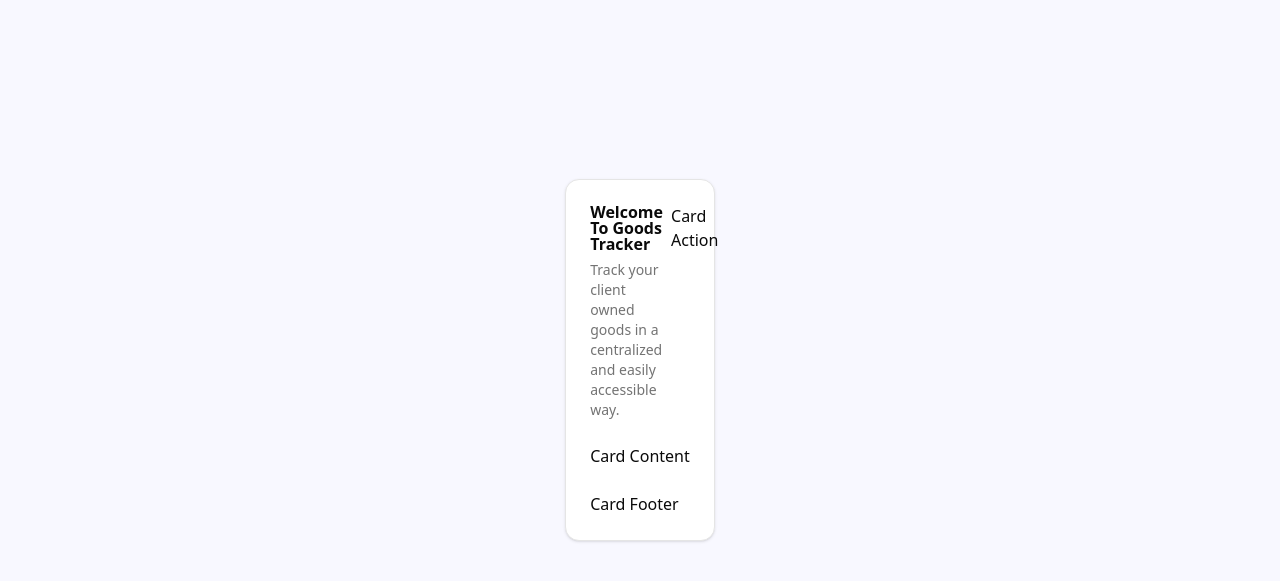
Repository: Renzo-Salosagcol/cog_tracker
Page: /
An editor plug-in stored every save of this project. The page is shown before and after a run of saves, followed by the edit.
The browser window is 1280 px wide. The pictures show the whole page.
The project was rebuilt for these pictures with package versions that can differ from the ones it lists, and the page was loaded fresh each time. The framework's server and built-in components were replaced by stand-ins that run in the browser. Also part of the build but not shown: next.config.ts.

Above is the page before, as saved 2025-12-17 14:13:33.

After the next 2 saves:
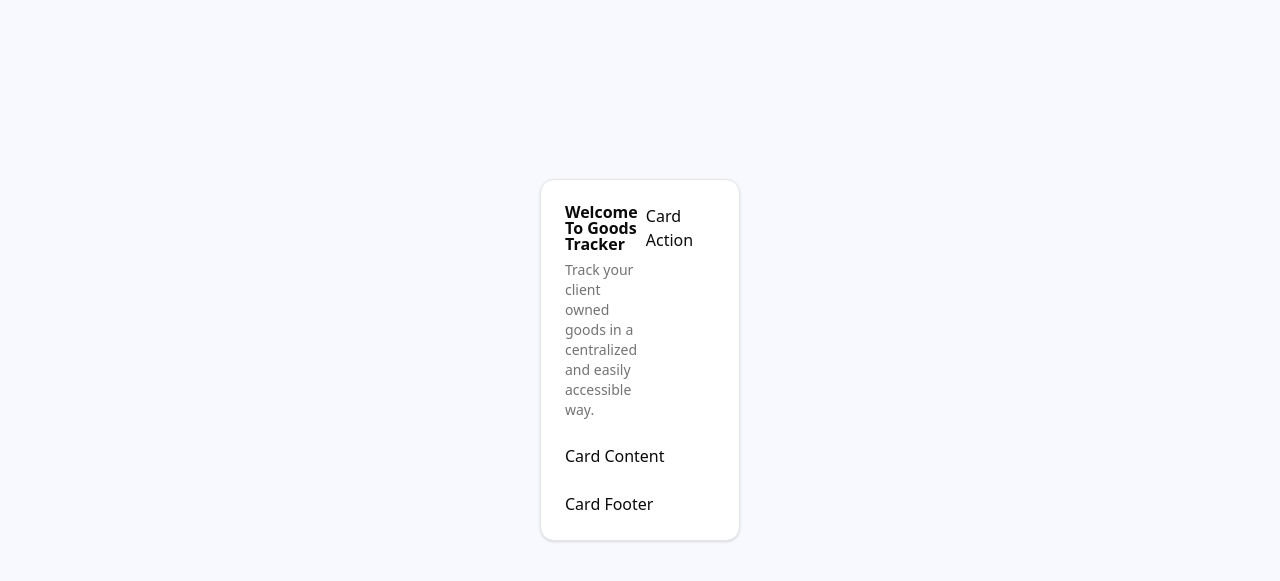
The 2 saves are shown as one change because they came seconds apart.
The last was saved 13 s later.
--- a/app/page.tsx
+++ b/app/page.tsx
@@ -12,7 +12,7 @@ export default function Home() {
   return (
     <div className="root-page-element bg-background">
       <Card className="*
-        glassmorphism flex flex-cols-1 max-w-md">
+        glassmorphism flex flex-cols-1 min-w-50">
         <CardHeader>
           <CardTitle>Welcome To Goods Tracker</CardTitle>
           <CardDescription>Track your client owned goods in a centralized and easily accessible way.</CardDescription>
